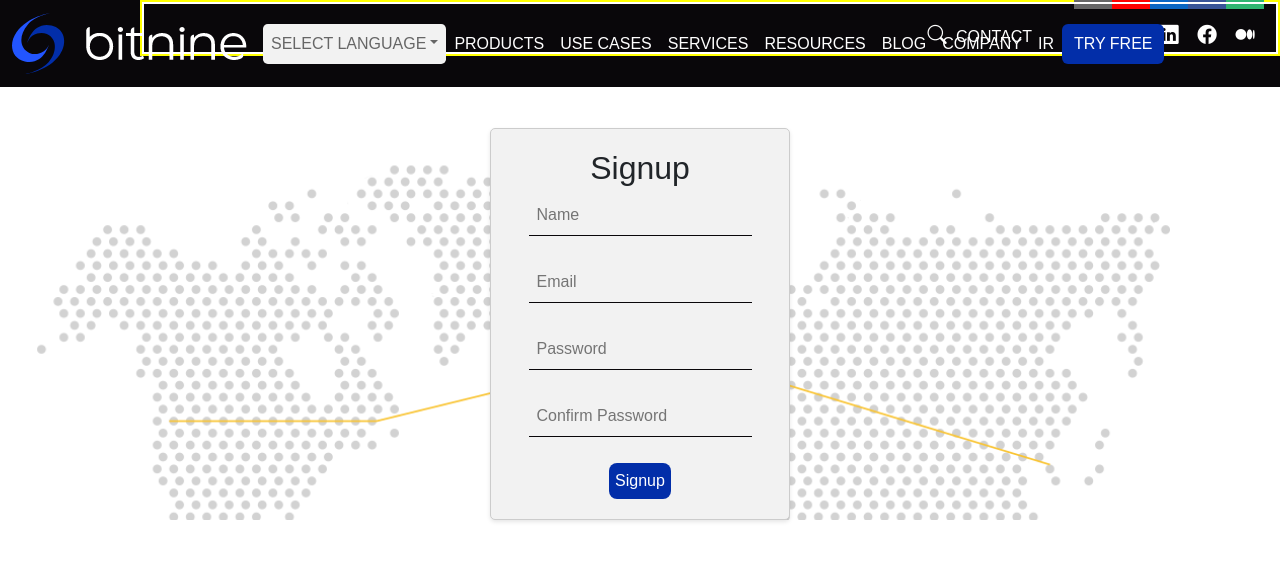
Repository: devblackie/signinpage
Page: /
These files come from the project's save history. The page is drawn as it stood at one moment and after a run of saves; the edit follows.
The browser window is 1280 px wide. The pictures show the whole page.
Some web fonts or font styles are not loaded; a fallback is used. The project was rebuilt for these pictures with package versions that can differ from the ones it lists, and the page was loaded fresh each time. Also part of the build but not shown: vite.config.js, src/components/Login.jsx, src/components/Dashboard.jsx, src/components/Home.jsx, src/components/ProtectedDashboard.jsx.

Above is the page before, as saved 2023-08-28 17:05:28.

After the next 2 saves:
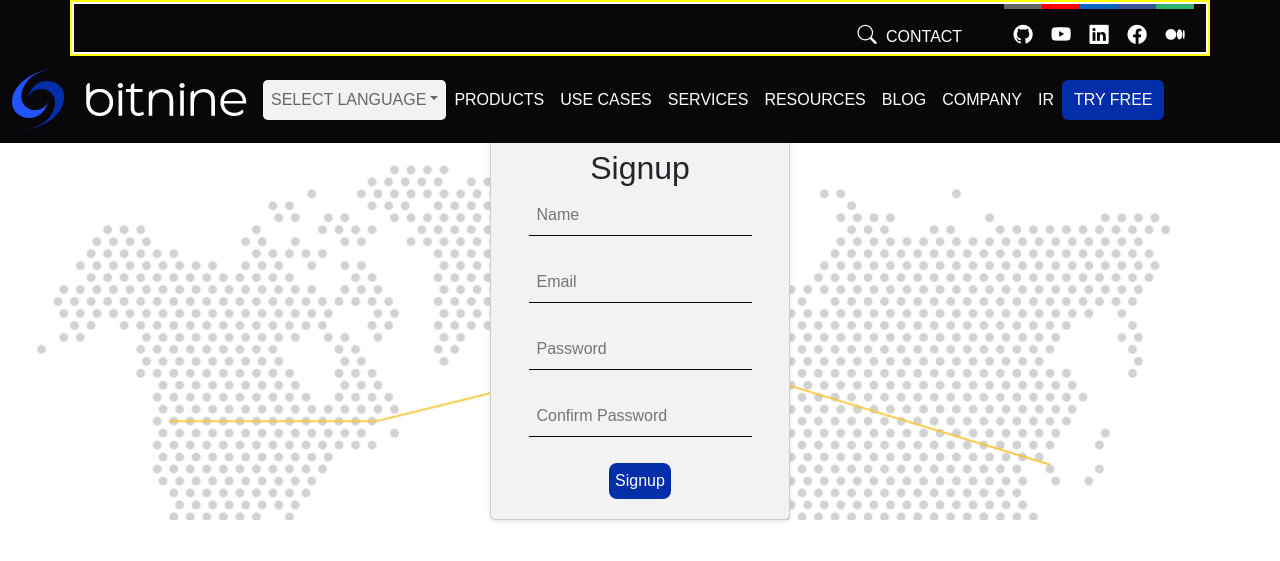
The 2 saves are shown as one change because they came seconds apart.
The last was saved 14 s later.
--- a/src/components/style/navbar.css
+++ b/src/components/style/navbar.css
@@ -18,7 +18,7 @@
 }
 .topbar .container {
   border: 2px solid yellow;
-  position: fixed;
+  position: ab;
   right: 0;
 }
 

After the save that followed:
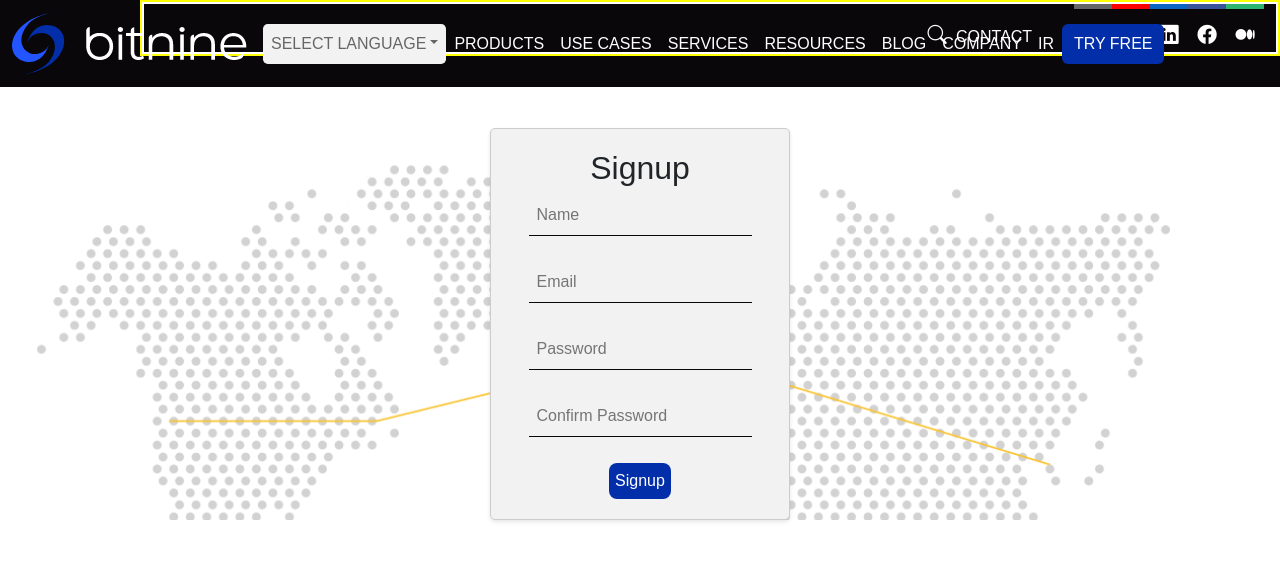
Saved 4 s later.
--- a/src/components/style/navbar.css
+++ b/src/components/style/navbar.css
@@ -18,7 +18,7 @@
 }
 .topbar .container {
   border: 2px solid yellow;
-  position: ab;
+  position: absolute;
   right: 0;
 }
 
